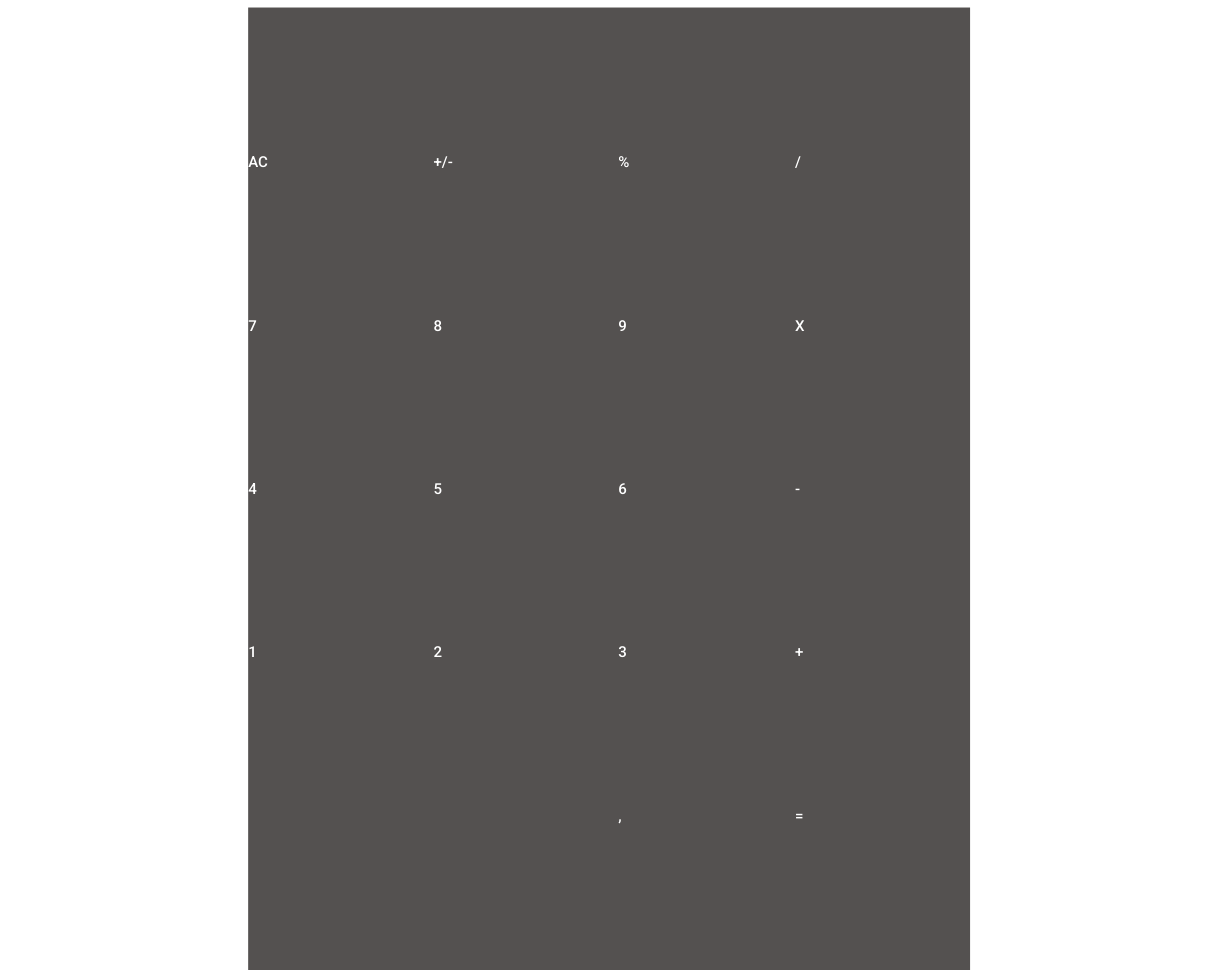
Repository: maciekto/calculatorOOP
Page: index.html
These files come from the project's save history. The page is drawn as it stood at one moment and after the next save; the edit follows.
The browser window is 1280 px wide. The page is 1288 px wide, so the pictures cover 1288 px, including what lies to the right of the window. The pictures show the whole page, at 94% of full size.

Above is the page before, as saved 2022-06-19 18:53:52.

### index.html
<!DOCTYPE html>
<html lang="en">
<head>
    <meta charset="UTF-8">
    <meta http-equiv="X-UA-Compatible" content="IE=edge">
    <meta name="viewport" content="width=device-width, initial-scale=1.0">
    <title>Document</title>
    <link rel="stylesheet" href="css.css">


</head>
<body>
    <main>
        <div class="Calc">
            <div class="Calc__result"></div>

            <div class="Calc__reset">
                AC
            </div>
            <div class="Calc__opposite">
                +/-
            </div>
            <div class="Calc__percentages">
                %
            </div>
            <div class="Calc__divide">
                /
            </div>

            <div class="Calc__7">7</div>
            <div class="Calc__8">8</div>
            <div class="Calc__9">9</div>
            <div class="Calc__multiply">
                X
            </div>

            <div class="Calc__4">4</div>
            <div class="Calc__5">5</div>
            <div class="Calc__6">6</div>
            <div class="Calc__substraction">
                -
            </div>

            <div class="Calc__1">1</div>
            <div class="Calc__2">2</div>
            <div class="Calc__3">3</div>
            <div class="Calc__addition">
                +
            </div>

            <div class="Calc__0"></div>
            <div class="Calc__comma">,</div>
            <div class="Calc__isequal">
                =
            </div>

        </div>
    </main>

    <script src="js.js"></script>
</body>
</html>

### css.css
@import url('https://fonts.googleapis.com/css2?family=Roboto:wght@400;500;700&display=swap');

* {
    font-family: 'Roboto', sans-serif;
    font-weight: 500;
}

main {
    width: 100vw;
    height: 100vh;
    display: grid;
    place-items: center;
}

.Calc {
    max-width: 60vw;
    width: 60vw;
    height: 80vw;
    background: #545150;
    color: white;
    display: grid;
    grid-template-areas:
    "result result result result"
    "reset opposite percentages divide"
    "seven eight nine multiply"
    "four five six substraction"
    "one two three addition"
    "zero zero comma isequal"
    ;
}

.Calc__result {
    grid-area: result;
}
.Calc__0 {
    grid-area: zero;
}

### js.js
console.log('siemano')

After the next save:
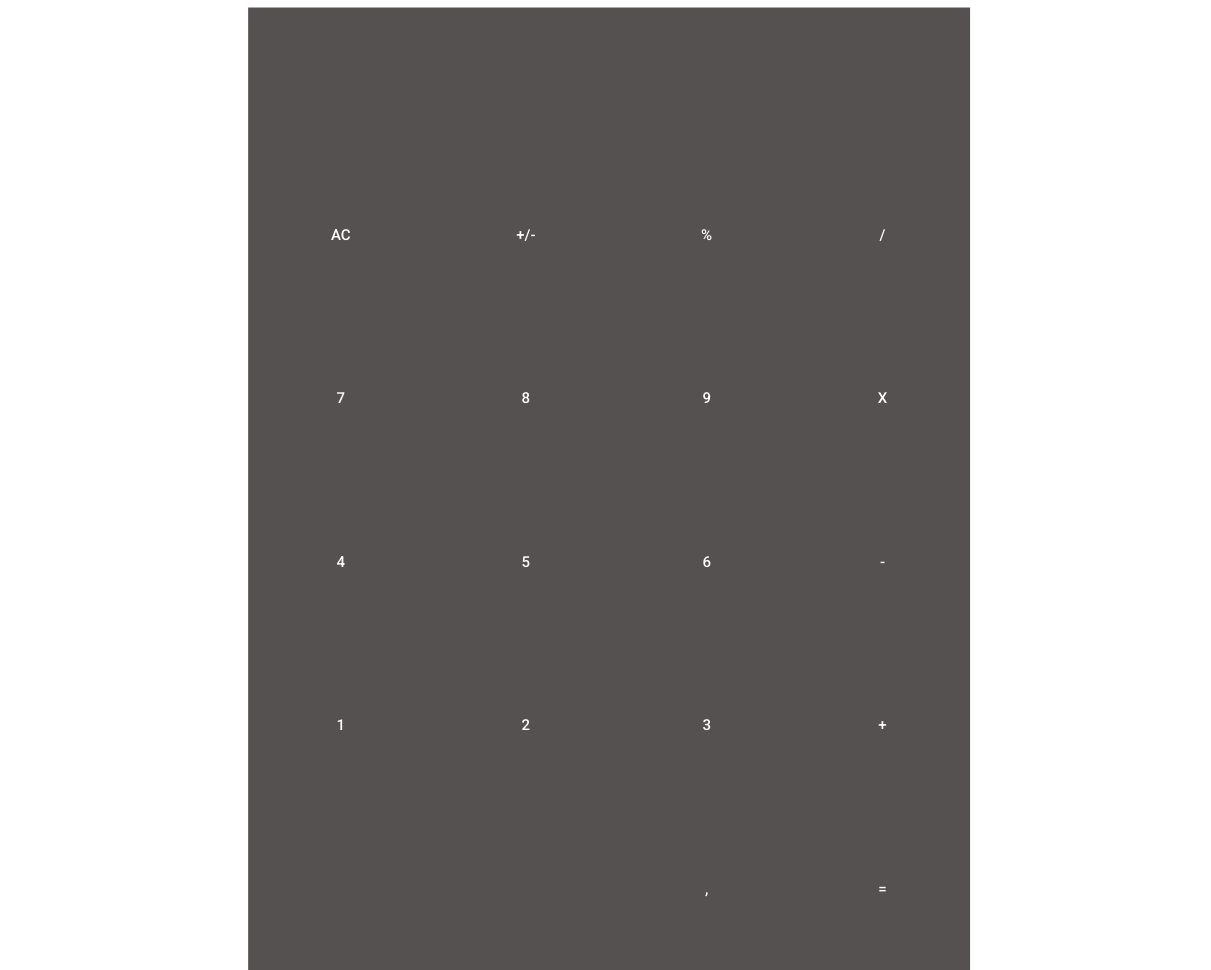
Saved 34 s later.
--- a/css.css
+++ b/css.css
@@ -28,7 +28,10 @@ main {
     "zero zero comma isequal"
     ;
 }
-
+.Calc div {
+    display: grid;
+    place-items: center;
+}
 .Calc__result {
     grid-area: result;
 }
